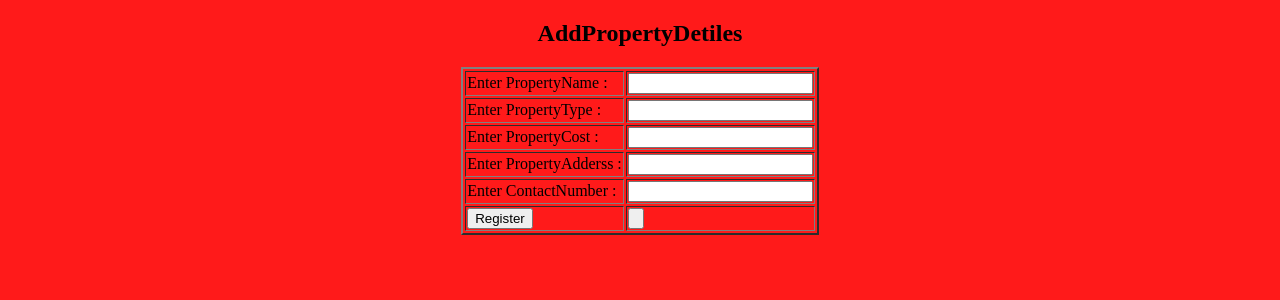
Repository: khadri2021/A2023_Task_Property_Management
Page: http://localhost/AdderssMakersWeb/Add.jsp
These files come from the project's save history. The page is drawn as it stood at one moment and after the next save; the edit follows.
The browser window is 1280 px wide. The pictures show the whole page.
The page is served by Tomcat 9. Other server files are loaded and not shown.

Above is the page before, as saved 2024-02-10 06:41:27.

### AdderssMakersWeb/WebContent/Add.jsp
<%@ page language="java" contentType="text/html; charset=ISO-8859-1"
    pageEncoding="ISO-8859-1"%>
<!DOCTYPE html>
<html>
<head>
<meta charset="ISO-8859-1">
<title>ADD PropertyDetiles</title>
</head>
<body bgcolor ="#ff1a1a">
<dev align=center>
 <h2>AddPropertyDetiles</h2>
 </dev>
 <center>
<table border="2">
<tr>
<td>Enter PropertyName :</td>
<td><input type="text" name="ProName"></td>
</tr>
<tr>
<td>Enter PropertyType :</td>
<td><input type="text" name="ProType"></td>
</tr>
<tr>
<td>Enter PropertyCost :</td>
<td><input type="text" name="ProCost"></td>
</tr>
<tr>
<td>Enter PropertyAdderss :</td>
<td><input type="text" name="ProAdd"></td>
</tr>
<tr>
<td>Enter ContactNumber :</td>
<td><input type="number" name="con"></td>
</tr>
<tr><td> <input type="button" value="Register"></td><td> <input type="button"></td></tr>


</table>
</center>
</body>
</html>

After the next save:
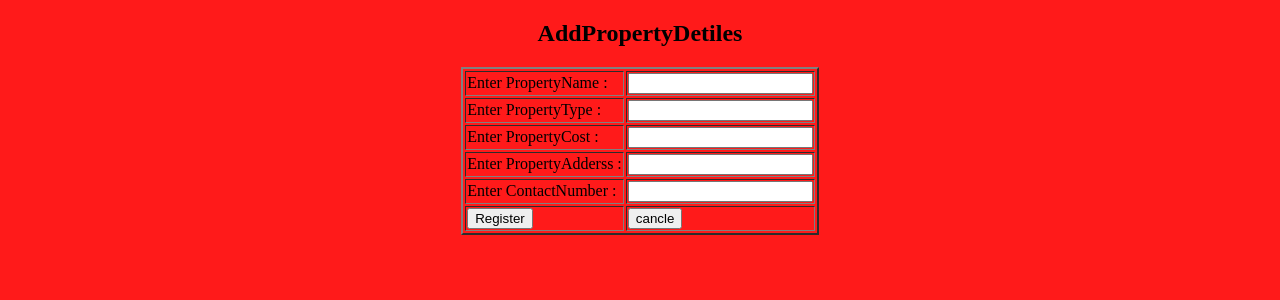
Saved 75 s later.
--- a/AdderssMakersWeb/WebContent/Add.jsp
+++ b/AdderssMakersWeb/WebContent/Add.jsp
@@ -32,7 +32,7 @@
 <td>Enter ContactNumber :</td>
 <td><input type="number" name="con"></td>
 </tr>
-<tr><td> <input type="button" value="Register"></td><td> <input type="button"></td></tr>
+<tr><td> <input type="button" value="Register"></td><td> <input type="button" value="cancle"></td></tr>
 
 
 </table>
